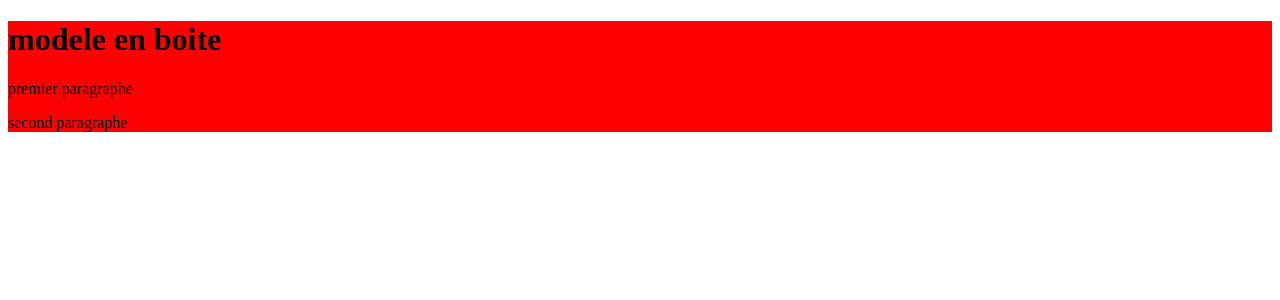
Repository: Poulpyto/fitec
Page: workspaceHtmlFlo/PremierTp_htmlCss/WebContent/ModelenBoite.html
These files come from the project's save history. The page is drawn as it stood at one moment and after the next save; the edit follows.
The browser window is 1280 px wide. The pictures show the whole page.

Above is the page before, as saved 2017-04-04 07:58:36.

After the next save:
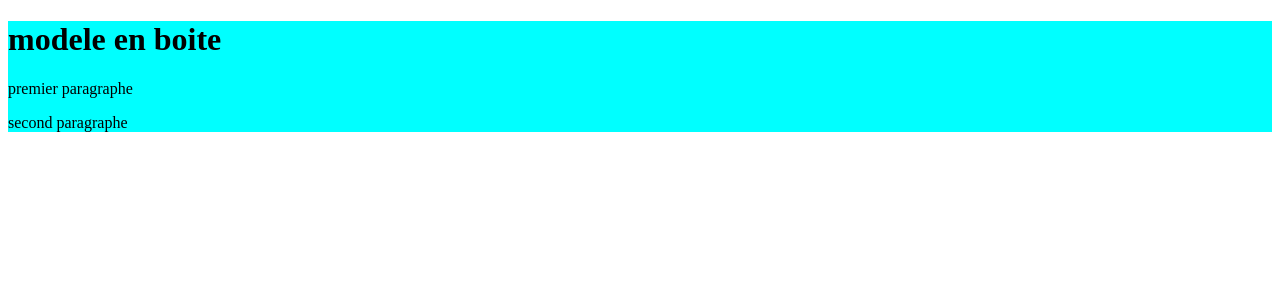
Saved 19 s later.
--- a/workspaceHtmlFlo/PremierTp_htmlCss/WebContent/css/style5.css
+++ b/workspaceHtmlFlo/PremierTp_htmlCss/WebContent/css/style5.css
@@ -1,5 +1,5 @@
 @CHARSET "UTF-8";
 
 div {
-	background-color: red;
+	background-color: cyan;
 }
